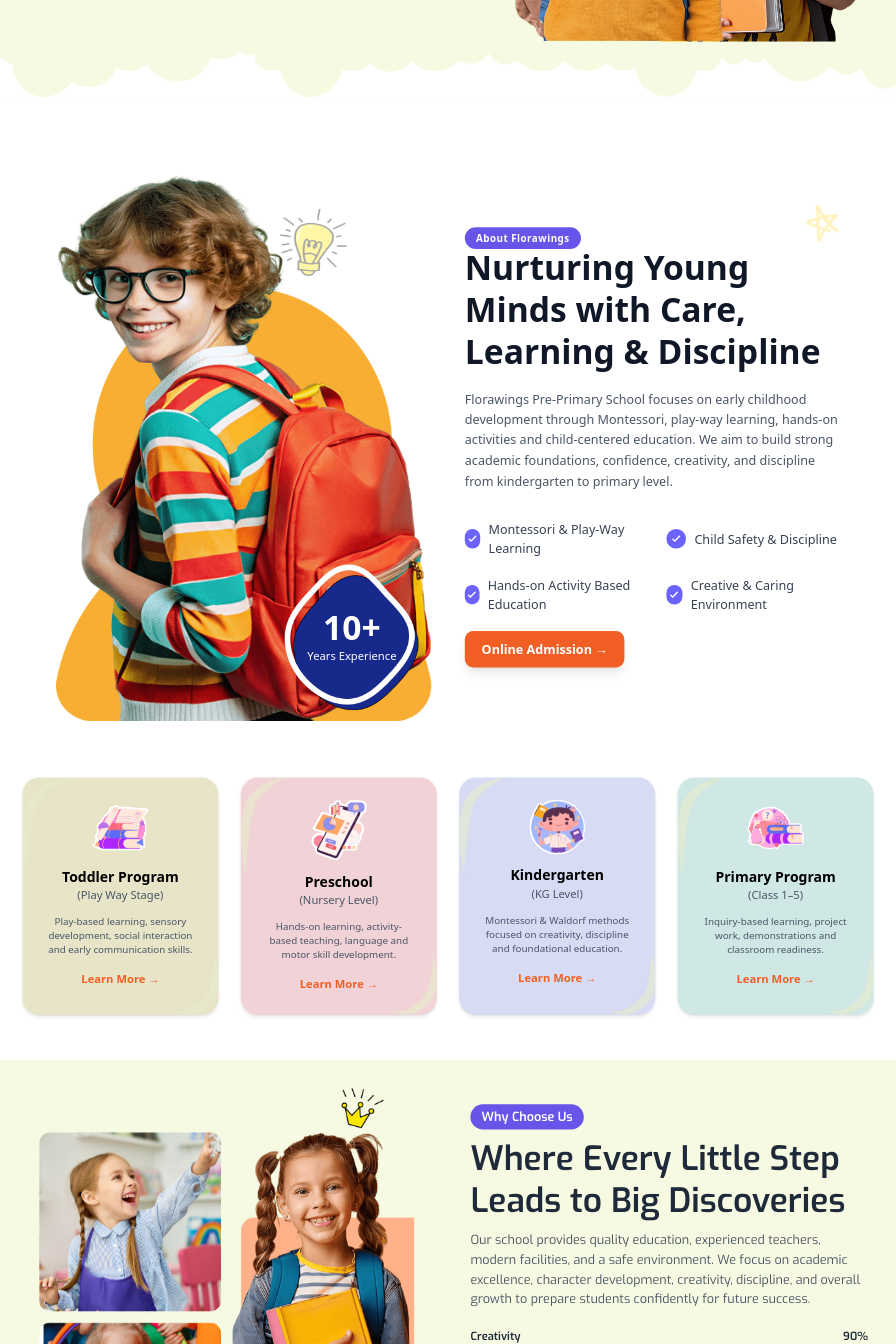
Repository: deepak445566/school
Page: / (app in okwork/)
An editor plug-in stored every save of this project. The page is shown before and after the next save, followed by the edit.
The browser window is 1280 px wide. The pictures show the part of the page from y = 582 to 2502 px (the page is 4638 px tall before and 4621 px after), at 70% of full size.
Some web fonts or font styles are not loaded; a fallback is used. The project was rebuilt for these pictures with package versions that can differ from the ones it lists, and the page was loaded fresh each time. Some packages were replaced by stand-ins written for this rebuild. Also part of the build but not shown: okwork/vite.config.js.

Above is the page before, as saved 2026-02-18 20:02:45.

### okwork/index.html
<!doctype html>
<html lang="en">
  <head>
    <meta charset="UTF-8" />
    <link rel="icon" type="image/svg+xml" href="/vite.svg" />
    <meta name="viewport" content="width=device-width, initial-scale=1.0" />
    <title>okwork</title>
    <link rel="preconnect" href="https://fonts.googleapis.com">
<link rel="preconnect" href="https://fonts.gstatic.com" crossorigin>
<link href="https://fonts.googleapis.com/css2?family=Abril+Fatface&family=Alan+Sans:wght@300..900&family=Big+Shoulders:opsz,wght@10..72,100..900&family=Exo+2:ital,wght@0,100..900;1,100..900&family=Exo:ital,wght@0,100..900;1,100..900&family=Montserrat:ital,wght@0,100..900;1,100..900&family=Orbitron:wght@400..900&family=Poppins:ital,wght@0,100;0,200;0,300;0,400;0,500;0,600;0,700;0,800;0,900;1,100;1,200;1,300;1,400;1,500;1,600;1,700;1,800;1,900&family=Prata&family=Rajdhani:wght@300;400;500;600;700&display=swap" rel="stylesheet">
  </head>
  <body>
    <div id="root"></div>
    <script type="module" src="/src/main.jsx"></script>
  </body>
</html>

### okwork/src/index.css
@import "tailwindcss";


.exo {
  font-family: "Exo", sans-serif;

  font-style: normal;
}

### okwork/src/App.jsx
import React from 'react'
import Home from './components/Home'

import WhyChooseUs from './components/WhyChooseUs'
import MeetOurTeachers from './components/MeetOurTeachers'
import ScheduleSection from './components/ScheduleSection'
import AboutUs from './components/About'

function App() {
  return (
    <>
    <Home/>
   <AboutUs/>
    <WhyChooseUs/>
    <MeetOurTeachers/>
    <ScheduleSection/>
    </>
  )
}

export default App

### okwork/src/components/Home.jsx
import React from "react";

const Home = () => {
  // Image URL - using a high-quality free image
  const imageUrl =
    "/images/hero1.png";
  const kalagiImageUrl = "/images/text.png";
  return (
    <div className="min-h-screen bg-[#F7FAE2] overflow-hidden exo relative ">
      {/* Main container - centered with responsive padding */}
      <div className="container mx-auto px-6 py-12 md:px-12 lg:px-10 min-h-screen flex items-center relative z-10">

        {/* Flex container: column on mobile, row on desktop */}
        <div className="flex flex-col md:flex-row items-center gap-12 lg:gap-5 w-full">

          {/* LEFT SECTION: 40% width */}
          <div className="w-full md:w-[45%] text-center md:text-left space-y-6 md:space-y-6">
            {/* Heading with gradient effect */}
            <h1 className="text-4xl text-gray-800 md:text-5xl lg:text-6xl font-bold leading-tight exo">
             A Happy Place to
              <br />
              <span className="text-gray-800">to Grow, Play And </span>
              <br />
              <span className="text-gray-800">   Learn</span>
            </h1>

            {/* Paragraph description */}
            <p className="text-lg md:text-lg text-gray-600 max-w-2xl mx-auto md:mx-0">
           Kindergarten is an early childhood educational environment where
most young for your children life.
            </p>

            {/* Button with hover effects */}
            <div className="flex justify-center md:justify-start">
              <button className="group relative px-8 py-4 bg-[#F15F25] text-white font-semibold rounded-xl float hover:shadow-xl hover:transform hover:-translate-y-1 transition-all duration-300 ease-in-out">
                <span className="relative z-10">Get Started Now</span>
              </button>
            </div>
          </div>

          {/* RIGHT SECTION: 60% width */}
          <div className="w-full md:w-[55%] flex justify-center md:justify-end">
            <div className="relative w-full max-w-md lg:max-w-xl ">
              {/* Main image */}
              <img
                src={imageUrl}
                alt="Team collaboration in modern workspace"
                className="relative z-10 w-full h-auto rounded-2xl object-cover "
              />
               <img
                src={kalagiImageUrl}
                alt="Decorative element"
                className="absolute bottom-0 left-7 lg:left-0 z-20 w-24 h-24 md:w-52 md:h-52 object-contain -translate-x-4 -translate-y-4 animate-bounce-slow"
              />
            </div>
          </div>
        </div>

      </div>
        <div className=" absolute bottom-0  z-1000">
          <img src="/images/hero-line.png" className="w-full"/>
        </div>

      {/* Add custom animation keyframes */}
       <style jsx>{`
        @keyframes blob {
          0% { transform: translate(0px, 0px) scale(1); }
          33% { transform: translate(30px, -50px) scale(1.1); }
          66% { transform: translate(-20px, 20px) scale(0.9); }
          100% { transform: translate(0px, 0px) scale(1); }
        }

        @keyframes float {
          0% {
            transform: translateY(0px);
          }
          50% {
            transform: translateY(-20px);
          }
          100% {
            transform: translateY(0px);
          }
        }

        @keyframes bounce-slow {
          0%, 100% {
            transform: translate(-1rem, -1rem) translateY(0);
          }
          50% {
            transform: translate(-1rem, -1rem) translateY(-20px);
          }
        }

        .animate-blob {
          animation: blob 7s infinite;
        }

        .animate-float {
          animation: float 6s ease-in-out infinite;
        }

        .animate-bounce-slow {
          animation: bounce-slow 4s ease-in-out infinite;
        }

        .animation-delay-2000 {
          animation-delay: 2s;
        }
      `}</style>
    </div>
  );
};

export default Home;

### okwork/src/components/MeetOurTeachers.jsx
import React from "react";

const MeetOurTeachers = () => {
  const teachers = [
    {
      name: "John Smith",
      image: "/images/team1.png",
      subject: "Lead Teacher"
    },
    {
      name: "David William",
      image: "/images/team1.png",
      subject: "Math Teacher"
    },
    {
      name: "Sarah William",
      image: "/images/team1.png",
      subject: "Art Teacher"
    },
    {
      name: "Emily Johnson",
      image: "/images/team1.png",
      subject: "Music Teacher"
    }
  ];

  return (
    <>
    <div className="min-h-screen bg-white overflow-hidden exo py-8 sm:py-12 md:py-16 lg:py-20">
      <div className="container mx-auto px-3 sm:px-4 md:px-6 lg:px-8 xl:px-12">

        {/* Header Section */}
        <div className="text-center mb-6 sm:mb-8 md:mb-10 lg:mb-12">
          <h2 className="text-[#F15F25] text-sm sm:text-base md:text-lg lg:text-xl font-semibold uppercase tracking-wider mb-1 sm:mb-2">
            Our Team
          </h2>
          <h1 className="text-2xl sm:text-3xl md:text-4xl lg:text-5xl xl:text-6xl font-bold text-gray-800 leading-tight px-2">
            Meet With Our Teacher
          </h1>
        </div>

        {/* Teachers Grid - Responsive grid */}
        <div className="grid grid-cols-2 sm:grid-cols-2 lg:grid-cols-4 gap-3 sm:gap-4 md:gap-5 lg:gap-6">
          {teachers.map((teacher, index) => (
            <div key={index} className="flex flex-col">
              {/* Teacher Image Container */}
              <div className="group relative bg-white rounded-xl sm:rounded-2xl overflow-hidden  transition-all duration-300 hover:-translate-y-2">
                <div className="relative overflow-hidden aspect-square">
                  <img
                    src={teacher.image}
                    alt={teacher.name}
                    className="w-full h-full object-cover  duration-500"
                  />
                  {/* Light overlay on hover */}

                </div>
              </div>

              {/* Teacher Info - Outside the card */}
              <div className="text-center mt-2 sm:mt-3 md:mt-4 px-1">
                <h3 className="text-sm sm:text-base md:text-lg lg:text-xl font-bold text-gray-800 mb-0.5 sm:mb-1">
                  {teacher.name}
                </h3>
                <p className="text-[#F15F25] text-xs sm:text-sm md:text-base font-medium">
                  {teacher.subject}
                </p>
              </div>
            </div>
          ))}
        </div>
      </div>
    </div>
    </>
  );
};

export default MeetOurTeachers;

### okwork/src/components/ScheduleSection.jsx
import React from "react";

const ScheduleSection = () => {
  return (
    <>
    <div className="h-[90vh] bg-[#FFE800] overflow-hidden exo py-12 md:py-16 lg:py-20 relative ">

      {/* Background Light Effects */}
      <div className="absolute left-0 top-1/2 -translate-y-1/2 w-64 md:w-96 h-64 md:h-96 bg-[#F15F25]/10 rounded-full blur-3xl"></div>
      <div className="absolute right-0 top-1/2 -translate-y-1/2 w-64 md:w-96 h-64 md:h-96 bg-[#F15F25]/10 rounded-full blur-3xl"></div>

      <div className="container mx-auto px-4 sm:px-6 md:px-8 lg:px-10 xl:px-12 relative z-10">

        {/* Main Flex Container - Left Text, Right Schedule */}
        <div className="flex flex-col lg:flex-row items-center gap-10 lg:gap-16">

          {/* LEFT SIDE - Text Content */}
          <div className="w-full lg:w-1/2 text-center lg:text-left">
            <h2 className="text-[#F15F25] text-lg md:text-xl font-semibold uppercase tracking-wider mb-3">
              Session Times
            </h2>
            <h1 className="text-3xl sm:text-4xl md:text-5xl lg:text-6xl font-bold text-gray-800 mb-4 leading-tight">
              Our session Times
            </h1>
            <p className="text-gray-600 text-base md:text-lg max-w-lg mx-auto lg:mx-0">
             Our school session begins at 8:00 AM and ends at 2:00 PM. Students are expected to arrive on time. Regular classes, activities, and short breaks are scheduled within this time.
            </p>
          </div>

          {/* RIGHT SIDE - Schedule Cards */}
          <div className="w-full lg:w-1/2">
            <div className="bg-white/90 backdrop-blur-sm rounded-2xl p-5 md:p-6 lg:p-8 shadow-xl relative overflow-hidden">

              {/* Inner Light Effect */}
              <div className="absolute -left-20 -top-20 w-40 h-40 bg-[#F15F25]/10 rounded-full blur-3xl"></div>
              <div className="absolute -right-20 -bottom-20 w-40 h-40 bg-[#F15F25]/10 rounded-full blur-3xl"></div>

              {/* Schedule Items */}
              <div className="space-y-4 relative z-10">

                {/* Early Drop Off */}
                <div className="flex justify-between items-center py-3 border-b border-gray-200">
                  <span className="text-gray-800 font-semibold text-base md:text-lg">Early Drop Off</span>
                  <span className="text-[#F15F25] font-semibold text-base md:text-lg">8.00am – 10.00am</span>
                </div>

                {/* Morning */}
                <div className="flex justify-between items-center py-3 border-b border-gray-200">
                  <span className="text-gray-800 font-semibold text-base md:text-lg">Morning</span>
                  <span className="text-[#F15F25] font-semibold text-base md:text-lg">10.30am – 12.00am</span>
                </div>

                {/* Lunch */}
                <div className="flex justify-between items-center py-3 border-b border-gray-200">
                  <span className="text-gray-800 font-semibold text-base md:text-lg">Lunch</span>
                  <span className="text-[#F15F25] font-semibold text-base md:text-lg">12pm – 1.00pm</span>
                </div>

                {/* Afternoon */}
                <div className="flex justify-between items-center py-3">
                  <span className="text-gray-800 font-semibold text-base md:text-lg">Afternoon</span>
                  <span className="text-[#F15F25] font-semibold text-base md:text-lg">2.00am – 4.00am</span>
                </div>
              </div>
            </div>
          </div>
        </div>
      </div>
      <div className=" absolute bottom-0  z-1000">
          <img src="/images/hero-line.png" className="w-full"/>
        </div>

    </div>

     <div className=" mt-10">
        <img src="/images/newsletter1.png" alt="Newsletter" className="w-full h-full object-cover" />
      </div>
      </>
  );
};

export default ScheduleSection;

### okwork/src/components/About.jsx
import React from 'react';

// Import images
import aboutImage from '/public/images/about-1.png';
import aboutBG from '/public/images/about-bg-1.png';
import aboutCounter from '/public/images/ab-counter.png';
import bulbIcon from '/public/images/tubelight.png';
import starIcon from '/public/images/star.png';
import frame from '/public/images/frame.png';

import program1 from '/public/images/book.png';
import program2 from '/public/images/phone.png';
import program3 from '/public/images/boy.png';
import program4 from '/public/images/camical-book.png';

import top from "/public/images/top-1.png";
import bot from "/public/images/bottom-1.png";

const AboutUs = () => {
  return (
    <div className="max-w-7xl mx-auto px-4 sm:px-6 lg:px-8 py-12 md:py-16 relative">

      {/* Floating decorative icons */}
      <div className="absolute top-40 left-100 animate-pulse">
        <img src={bulbIcon} alt="bulb" className="w-24 h-24 opacity-50" />
      </div>
      <div className="absolute bottom-20 right-12 animate-pulse">
        <img src={frame} alt="star" className="w-14 h-20 opacity-50" />
      </div>
      <div className="absolute top-40 right-20 animate-spin-slow">
        <img src={starIcon} alt="star" className="w-12 h-12 opacity-40" />
      </div>
      <div className="absolute bottom-40 left-20 animate-float">
        <img src={bulbIcon} alt="bulb" className="w-14 h-14 opacity-40" />
      </div>

      <div className="flex flex-col lg:flex-row gap-8 lg:gap-12 items-center relative z-10 m-12">

        {/* Left side image */}
        <div className="lg:w-1/2 w-full relative">
          <img
            src={aboutBG}
            alt="Background"
            className="absolute inset-0 w-full h-full object-fill -z-10 pt-40"
          />

          <img
            src={aboutImage}
            alt="Florawings School"
            className="w-full h-auto rounded-lg object-cover relative z-10"
          />

          {/* Experience badge */}
          <div className="absolute -bottom-6 -right-6 md:bottom-4 md:right-4 z-20 animate-float-side">
            <div className="relative">
              <img
                src={aboutCounter}
                alt="Experience"
                className="w-28 h-28 md:w-52 md:h-52 object-contain"
              />
              <div className="absolute inset-0 flex flex-col items-center justify-center text-white">
                <span className="text-4xl md:text-5xl font-bold leading-none">10+</span>
                <span className="text-sm md:text-base font-medium mt-1">Years Experience</span>
              </div>
            </div>
          </div>
        </div>

        {/* Right content */}
        <div className="lg:w-1/2 w-full space-y-6">

          <span className="text-sm font-semibold text-white tracking-wider bg-[#6754E9] px-4 py-1.5 rounded-full">
            About Florawings
          </span>

          <h1 className="text-4xl md:text-5xl font-bold text-gray-900 leading-tight">
            Nurturing Young Minds with Care, Learning & Discipline
          </h1>

          <p className="text-gray-600 text-base md:text-lg leading-relaxed">
            Florawings Pre-Primary School focuses on early childhood development through Montessori,
            play-way learning, hands-on activities and child-centered education. We aim to build strong
            academic foundations, confidence, creativity, and discipline from kindergarten to primary level.
          </p>

          {/* School strengths */}
          <div className="grid grid-cols-1 sm:grid-cols-2 gap-y-6 gap-x-10 pt-4">
            {[
              "Montessori & Play-Way Learning",
              "Child Safety & Discipline",
              "Hands-on Activity Based Education",
              "Creative & Caring Environment"
            ].map((item,i)=>(
              <div key={i} className="flex items-center gap-3">
                <div className="w-7 h-7 rounded-full bg-[#6C63FF] flex items-center justify-center">
                  <svg className="w-4 h-4 text-white" fill="none" stroke="currentColor" viewBox="0 0 24 24">
                    <path strokeLinecap="round" strokeLinejoin="round" strokeWidth={3} d="M5 13l4 4L19 7" />
                  </svg>
                </div>
                <span className="text-gray-700 text-lg font-medium">{item}</span>
              </div>
            ))}
          </div>

          <a
            href="#"
            className="inline-flex items-center gap-2 text-lg font-semibold text-white bg-[#F15F25] px-6 py-3 rounded-xl shadow-lg hover:shadow-xl transition-all duration-300"
          >
            Online Admission →
          </a>
        </div>
      </div>

      {/* PROGRAM SECTION */}
      <div className="grid grid-cols-1 sm:grid-cols-2 lg:grid-cols-4 gap-8 mt-20">

        {[
          {
            img:program1,
            title:"Toddler Program",
            age:"(Play Way Stage)",
            bg:"bg-[#E7E4C7]",
            desc:"Play-based learning, sensory development, social interaction and early communication skills."
          },
          {
            img:program2,
            title:"Preschool",
            age:"(Nursery Level)",
            bg:"bg-[#F1D2D7]",
            desc:"Hands-on learning, activity-based teaching, language and motor skill development."
          },
          {
            img:program3,
            title:"Kindergarten",
            age:"(KG Level)",
            bg:"bg-[#D7DBF3]",
            desc:"Montessori & Waldorf methods focused on creativity, discipline and foundational education."
          },
          {
            img:program4,
            title:"Primary Program",
            age:"(Class 1–5)",
            bg:"bg-[#CFE7E5]",
            desc:"Inquiry-based learning, project work, demonstrations and classroom readiness."
          }
        ].map((card,i)=>(

          <div
            key={i}
            className={`${card.bg} rounded-3xl p-8 text-center shadow-md relative overflow-hidden transition-all duration-500 ease-in-out hover:-translate-y-4 hover:shadow-xl`}
          >

            <img src={top} alt="" className="absolute top-0 left-0 w-16 opacity-60 pointer-events-none"/>
            <img src={bot} alt="" className="absolute bottom-0 right-0 w-16 opacity-60 pointer-events-none"/>

            <img src={card.img} alt="" className="w-20 mx-auto mb-4 relative z-10"/>

            <h3 className="text-xl font-semibold relative z-10">{card.title}</h3>
            <p className="text-gray-600 mb-4 relative z-10">{card.age}</p>

            <p className="text-gray-600 text-sm relative z-10">
              {card.desc}
            </p>

            <button className="mt-5 text-[#F15F25] font-semibold relative z-10">
              Learn More →
            </button>
          </div>
        ))}
      </div>

      {/* animations */}
      <style jsx>{`
        @keyframes spin-slow {
          from { transform: rotate(0deg); }
          to { transform: rotate(360deg); }
        }
        .animate-spin-slow { animation: spin-slow 8s linear infinite; }

        @keyframes float {
          0%,100%{transform:translateY(0)}50%{transform:translateY(-20px)}
        }
        .animate-float { animation: float 5s ease-in-out infinite; }

        @keyframes float-side {
          0%{transform:translateX(-10px)}50%{transform:translateX(10px)}100%{transform:translateX(-10px)}
        }
        .animate-float-side { animation: float-side 4s ease-in-out infinite; }
      `}</style>
    </div>
  );
};

export default AboutUs;

Loaded but not shown: okwork/src/main.jsx (common file); okwork/src/components/WhyChooseUs.jsx (124 lines, source omitted)

After the next save:
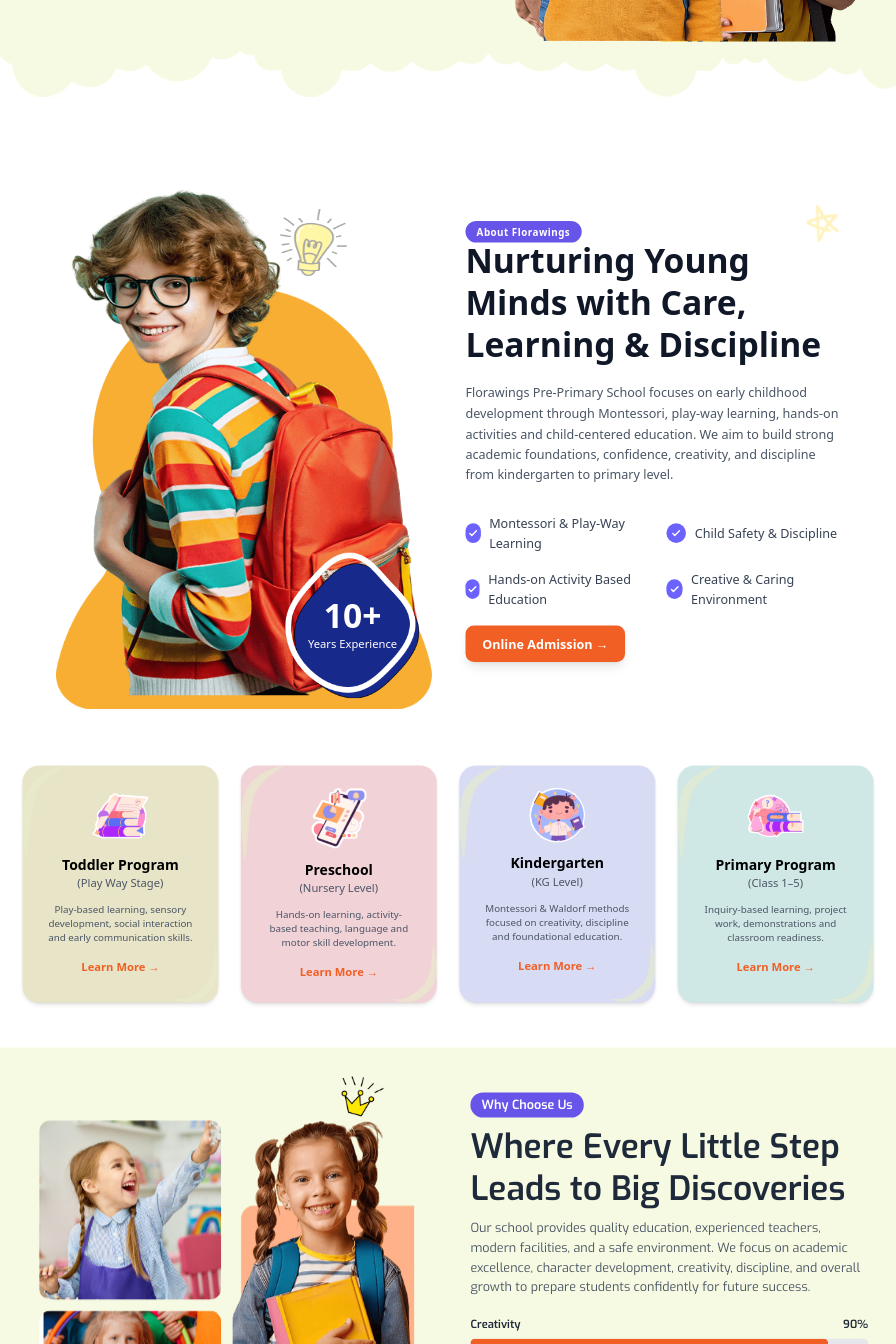
Saved 4 min 23 s later.
--- a/okwork/src/components/About.jsx
+++ b/okwork/src/components/About.jsx
@@ -37,7 +37,7 @@ const AboutUs = () => {
       <div className="flex flex-col lg:flex-row gap-8 lg:gap-12 items-center relative z-10 m-12">
 
         {/* Left side image */}
-        <div className="lg:w-1/2 w-full relative">
+        <div className="lg:w-1/2 w-full relative p-5">
           <img
             src={aboutBG}
             alt="Background"
